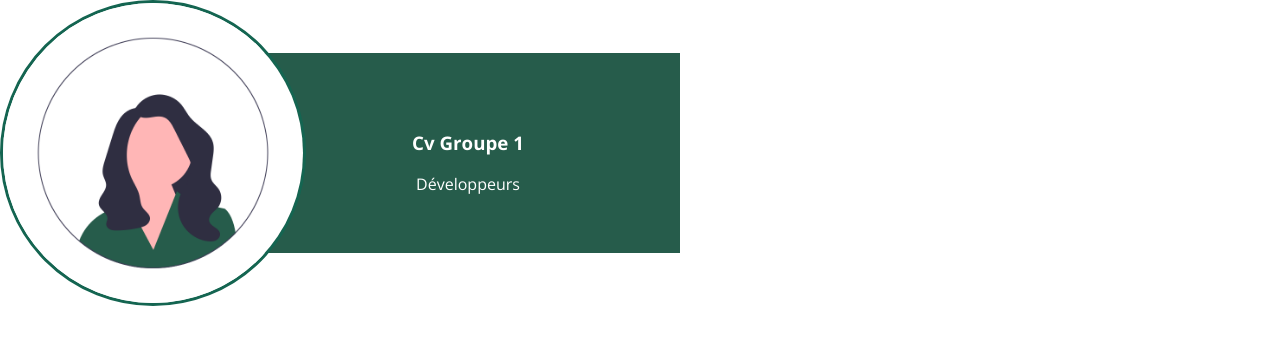
Repository: NdiongueFH/Mon_CV
Page: CV_Groupe1.html
An editor plug-in stored every save of this project. The page is shown before and after the next save, followed by the edit.
The browser window is 1280 px wide. The pictures show the whole page.

Above is the page before, as saved 2024-08-03 12:52:51.

### CV_Groupe1.html
<!DOCTYPE html>
<html lang="fr">
<head>
    <meta charset="UTF-8">
    <meta name="viewport" content="width=device-width, initial-scale=1.0">
    <!--Intégration de police d'écriture via un lien web-->
    <link href="https://fonts.googleapis.com/css2?family=Montserrat:wght@400;700&family=Open+Sans:wght@400;700&family=Roboto:wght@400;500&display=swap" rel="stylesheet">
    <!--Intégration de notre lien CSS-->
    <link rel="stylesheet" href="CV_Groupe1.css">
    <title>MON CV</title>

</head>
<body>
    <!--section principale-->
    <section id="principal">

        <!--Début Partie Ndiawar-->

        <!--la partie profile de notre cv-->
        <section id="profile">
            <!--identité-->
            <div id="identite">
                <!--image-->
                <div class="image">
                    <img id="image_profil" src="./image/profil.png" alt="" sizes="30" srcset="">
                </div>
                <!--fin image-->
                <!--debut nom-->
                <div class="nom">
                    <h1>Cv Groupe 1</h1>
                    <span>Développeurs</span>
                </div>
                <!--fin nom-->
            </div>
            <!--fin identité-->
        </section>
        <!--fin de la partie profile-->

        <!--Fin Partie Ndiawar Diop-->


        <!--le debut du corp de notre cv-->
        <section  id="renseignement">
            <!--corp -->
            <div id="corps">
                <!--debut blanc-->
                <div class="blanc">


                    <!--Début Partie Anta Maguette Faye-->


                    <!--education-->
                    <div class="edu_exp">
                        <!--titre education-->
                        <div class="titre_edu_exp"></div>
                        <!--fin titre education-->
                        <!--parti education-->
                        <div class="info_edu"></div>
                        <!--fin parti education-->
                    </div>
                    <!--fin education-->


                    <!--Fin Partie Anta Maguette Faye-->

                    <!--Début Partie Fatoumata Hawa Ndiongue-->

                    <!--experience-->
                    <div class="edu_exp" >
                        <!--titre experience-->
                        <div class="titre_edu_exp"></div>
                        <!--fin titre experience-->
                        <!--parti experience-->
                        <div class="info_exp"></div>
                        <!--fin parti experience-->
                    </div>
                    <!--fin experience-->

                    <!--Début Footer-->
                    <div id="footer">

                    </div>
                    <!--Fin Footer-->

                    <!--Fin Partie Fatoumata Hawa Ndiongue-->

                </div>
                <!--fin blanc-->

                <!--Début Moustapha Dieng-->


                <!--debut noir-->
                <div class="noir">
                    <!--contact-->
                    <div class="contact">
                        <!--titre contact-->
                        <div class="titre_contact_skill">
                            <h1></h1>
                        </div>
                        <!--fin titre contact-->
                        <!-- donnee contact-->
                        <div class="donnees_contact">

                        </div>
                        <!--fin donnee contact-->
                    </div>
                    <!--fin contact-->
                    <!--skill-->
                    <div class="skill">
                        <!--titre skill-->
                        <div class="titre_contact_skill">
                            <h1></h1>
                        </div>
                        <!--fin titre skill-->
                        <!--donné skill-->
                        <div class="donnees_skill"></div>
                        <!--fin donné skill-->
                    </div>
                    <!--fin skill-->
                    <!--resaux socio-->
                    <div id="resaux"></div>
                    <!--fin resaux socio-->
                </div>
                <!--fin noir-->

                <!--Fin Moustapha Dieng-->


            </div>
            <!--fin corp-->

        </section>
        <!--la fin du corp de notre cv-->
    </section>
    <!--Fin section principale-->

</body>
</html>

### CV_Groupe1.css
/*Le pseudo-élément `:root` en CSS permet de définir des variables globales pour un document,
représentant l'élément `<html>`. Utilisé pour centraliser la gestion des styles comme
les couleurs et les polices, il facilite la maintenance du CSS en rendant
les valeurs facilement réutilisables et modifiables dans toute la feuille de style.*/

:root {
    /* Définition des couleurs de base */
    --teal-1: #265C4B; /* Teal foncé */
    --teal-2: #146551; /* Teal moyen foncé */
    --teal-3: #007566; /* Teal vif */
    --teal-4: #589A8D; /* Teal clair */
    --teal-5: #fff; /* Blanc très clair */
    --Noir-6: #000000; /*Noir*/
    --Blanc-7: #ffffff; /*Blanc*/

    /* Utilisation des couleurs pour différents éléments */

    --color-title: var(--teal-1); /* Couleur pour les titres */
    --color-subtitle: var(--teal-3); /* Couleur pour les sous-titres */
    --color-paragraph: var(--teal-4); /* Couleur pour les paragraphes */
    --color-border: var(--teal-2); /* Couleur pour les bordures */
    --color-backgroundFoncé: var(--teal-1); /*Couleur de fond foncée*/
    --color-background: var(--teal-5); /* Couleur de fond général */
    --color-text: var(--Noir-6); /*Couleur pour le texte de fond*/
    --color-white: var(--Blanc-7); /*Couleur blanche pour les texte de fon d'une balise"*/
}

/*Intégration de nos polices d'écritures générales pour notre texte, titre et les sous-titres*/
:root {
    /* Polices */
    --font-title: 'Montserrat', sans-serif;
    --font-text: 'Open Sans', sans-serif;
    --font-subtitle: 'Roboto', sans-serif;

    /* Taille de police standard et poids */
    --font-size-normal: 16px; /* Taille de police standard pour le texte */
    --font-size-title: 28px; /* Taille de police pour les grands titres */
    --font-size-subtitle: 20px; /* Taille de police pour les sous-titres */
    --font-weight-normal: 400; /* Poids normal de la police */
    --font-weight-bold: 700; /* Poids en gras */
}

/*Initialisation de notre body pour supprimer les marges et choix du type de police pour notre site*/
body {
    margin: 0;
    padding: 0;
    color: var(--color-text);
    background-color: var(--color-background);
    font-family: var(--font-text);
    font-size: var(--font-size-normal);
    font-weight: var(--font-weight-normal);
}

/*Partie Ndiawar Diop*/
    /*Début partie profil de Mon_CV*/

/*Div Identité*/
#identite {
    display: flex;
    align-items: center; /* Pour aligner verticalement les éléments à l'intérieur */
}

/*Image*/
.image {
    background-color: var(--color-background);
    border: 3px solid var(--color-border);
    width: 300px;  /* Assurez-vous que le conteneur est carré */
    height: 300px;
    border-radius: 50%;  /* Rend l'image ronde */
    overflow: hidden;  /* Cache les parties de l'image qui débordent */
    z-index: 2; /* Place l'image au-dessus de .nom */
    position: relative; /* Nécessaire pour appliquer z-index */
}

#image_profil {
    width: 100%;
    height: 100%;
    object-fit: cover;  /* Garantit que l'image couvre tout l'espace sans déformation */
}

.nom {
    background-color: var(--color-backgroundFoncé);
    width: 30%;
    color: var(--color-white);
    height: 200px; /* Aligner la hauteur avec celle de l'image */
    display: flex;
    flex-direction: column;
    justify-content: center;
    text-align: center;
    padding: 0 20px;
    margin-left: -50px; /* Ajustement pour le chevauchement */
    z-index: 1; /* S'assurer que .nom se superpose à .image */
    position: relative;
}
    /*Fin Partie profil de Mon_Cv*/
/*Fin Partie Ndiawar Diop*/

After the next save:
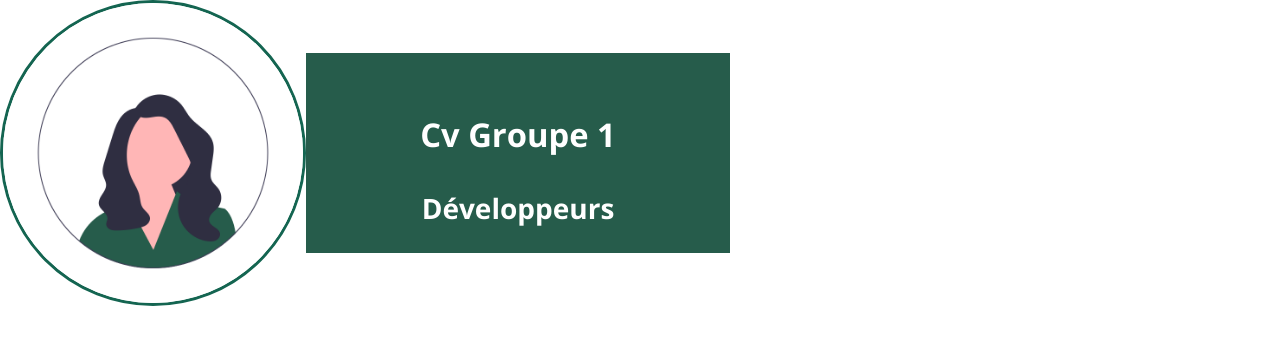
Saved 77 s later.
--- a/CV_Groupe1.css
+++ b/CV_Groupe1.css
@@ -87,8 +87,9 @@ body {
     flex-direction: column;
     justify-content: center;
     text-align: center;
+    font-size: var(--font-size-title);
+    font-weight: var(--font-weight-bold);
     padding: 0 20px;
-    margin-left: -50px; /* Ajustement pour le chevauchement */
     z-index: 1; /* S'assurer que .nom se superpose à .image */
     position: relative;
 }
